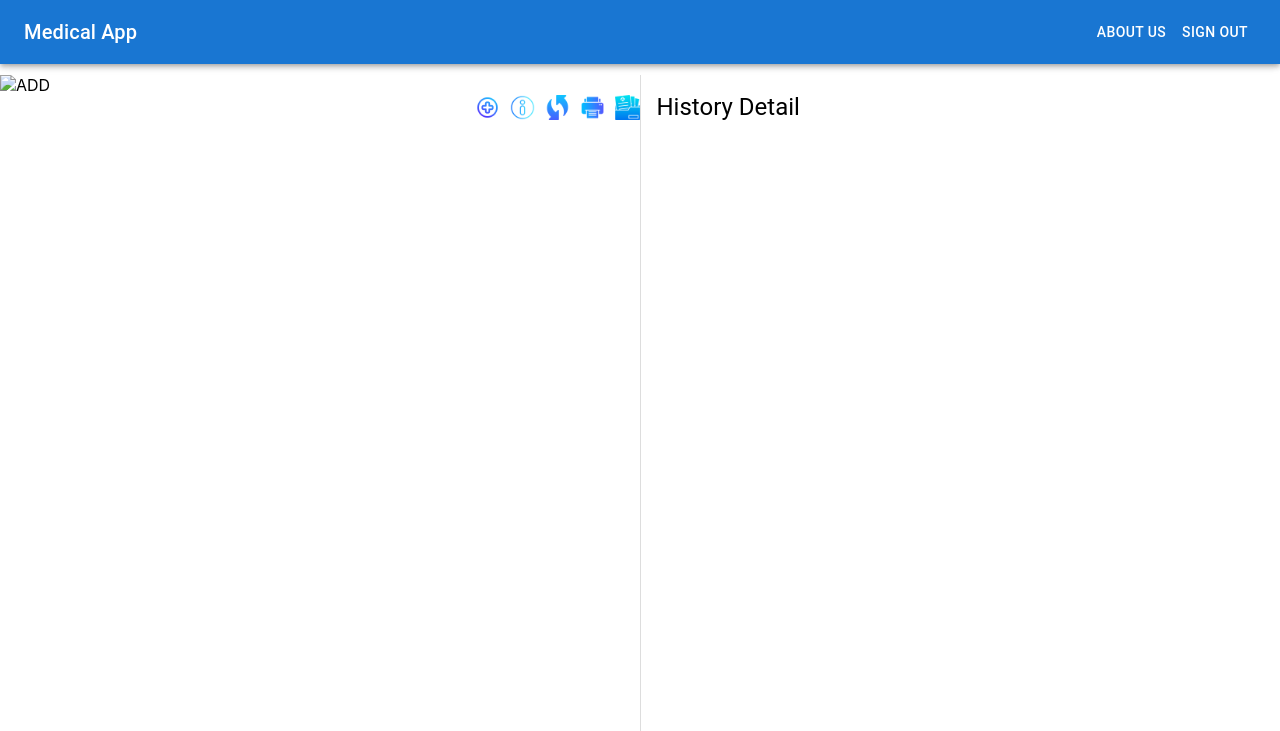
Repository: sshaiv/demo_project
Page: /
An editor plug-in stored every save of this project. The page is shown before and after the next save, followed by the edit.
The browser window is 1280 px wide. The pictures show the whole page.
The project was rebuilt for these pictures with package versions that can differ from the ones it lists, and the page was loaded fresh each time.

Above is the page before, as saved 2024-08-12 20:58:31.

After the next save:
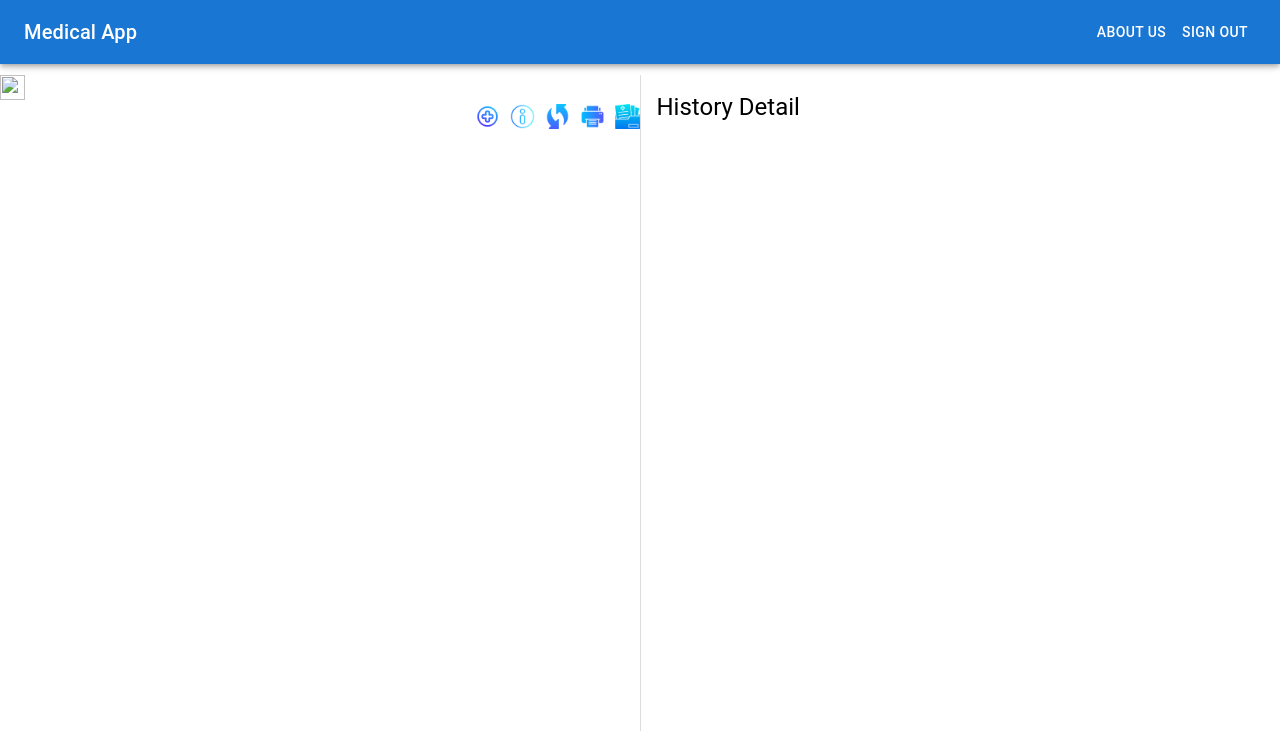
Saved 9 s later.
--- a/src/components/NursingHeader.js
+++ b/src/components/NursingHeader.js
@@ -9,7 +9,7 @@ const NursingHeader = () => {
         <img
         src="/"
         style={{ width: "25px", height: "25px", marginRight: "10px", cursor: "pointer" }}
-        alt="ADD"
+        alt=""
         onClick={() => console.log("Add Patient Clicked")}
       />
         </div>
